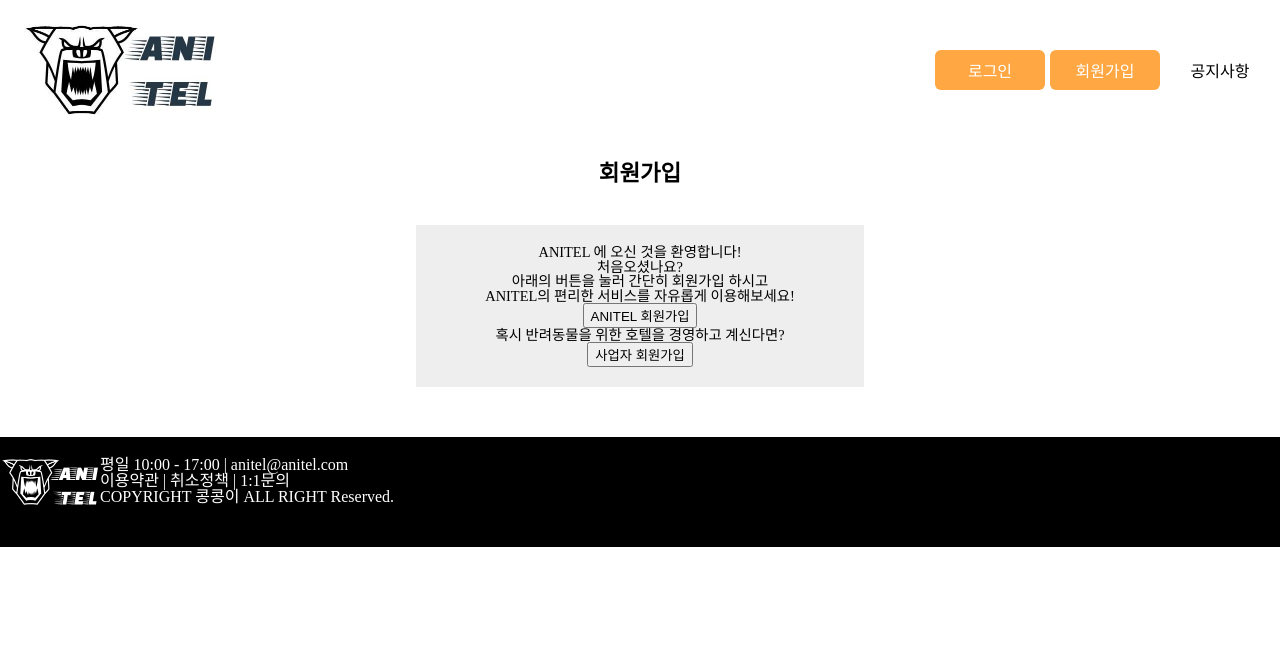
Repository: bangms/anitel
Page: http://localhost/anitel/anitel/member/signIn.jsp
These files come from the project's save history. The page is drawn as it stood at one moment and after the next save; the edit follows.
The browser window is 1280 px wide. The pictures show the whole page.
The page is served by Tomcat 9. Other server files are loaded and not shown.

Above is the page before, as saved 2021-06-30 16:05:38.

### workspace/anitel/WebContent/anitel/member/signIn.jsp
<%@ page language="java" contentType="text/html; charset=UTF-8"
    pageEncoding="UTF-8"%>
<!DOCTYPE html>
<html>
<head>
	<meta charset="UTF-8">
	<title>Insert title here</title>
	<link rel="stylesheet" href="style/style.css">
	<link rel="stylesheet" href="style/reset.css">
</head>
<body>
<div id="container">
	<div id="header">
		<div id="logo">
			<img src="imgs/logo.jpg" width="200px" height="100px">
		</div>
		<div id="button">
			<button id="notice">공지사항</button>
			<button id="signin">회원가입</button>
			<button id="login">로그인</button>
		</div>
	</div>
	<div id="signup_wrap">
    <h1 align="center">회원가입</h1>
		<div class="box_wrap">
			<p class="txt1"> ANITEL 에 오신 것을 환영합니다! </p>
			<p class="txt2"> 처음오셨나요?<br />
			아래의 버튼을 눌러 간단히 회원가입 하시고 <br />
			ANITEL의 편리한 서비스를 자유롭게 이용해보세요!
			</p>
			<button class="btn_user_signup" onclick="window.location='signInUserForm.jsp'">ANITEL 회원가입</button>
			<p> 혹시 반려동물을 위한 호텔을 경영하고 계신다면?</p>
			<button class="btn_mem_signup" onclick="window.location='signInMemberForm.jsp'">사업자 회원가입</button>
		</div>
   </div>

  <!-- 여기서부터 푸터입니다. 일단  DON't Touch !!!!!  -->
		<div id="footer">
			 <img src="imgs/logo2.png" width=100px; height=50px;>
			 <p> 평일 10:00 - 17:00 | anitel@anitel.com <br/>
			 이용약관 | 취소정책 | 1:1문의 <br/>
				COPYRIGHT 콩콩이 ALL RIGHT Reserved.</p>
			</div>
  </div>
</body>
</html>

### workspace/anitel/WebContent/anitel/member/style/style.css
 /* 공통 */
 html, body {
 	height: 100%;
 	width: 100%;
 }

#container {
  width: 100%;
}

#header {
	width: 100%;
  height: 140px;
	top:0;
	left: 0;
	background-color:white;
	display:inline-block;
}

#logo {
	width: 300px;
	height:100px;
	padding: 20px;
	float:left;
}

#button {
	height:140px;
	float:right;
}

#button > button {
	margin-top: 50px;
	border: none;
	border-radius: 6px;
 	width: 110px;
 	height:40px;
 	font-size: 16px;
 	cursor: pointer;
	color:white;
	float : right;
	margin-right: 5px;
	background-color:#FFA742;
}


#button button#notice{
	background-color: #fff;
	color:black;
}

#button button:hover{
	background-color:#FF822B !important;
	color:#fff !important;
}

#footer {
	height:70px;
	width:100%;
	background-color:black;
	color:white;
	padding: 20px 0;
	margin-top: 50px;
}

/* + 추가로 footer 글부분 수정 필요함 */

    p{
    	margin-top:10px;
    	font-size: 13px;
    	margin-left : 200px;

    }
    img {
    	float:left;
    	padding: 20px;
    	margin-top:-15px;
    	margin-left:40px;
    }


/* 회원가입 선택 */
#signup_wrap {
	width: 35%;
	margin: 0 auto;
}

#signup_wrap h1 {
	font-size: 1.4em;
	font-weight: bold;
	padding: 20px 0;
}

.box_wrap {
	background-color: #eee;
	margin-top: 20px;
	padding: 20px;
	font-size: 0.9em;
	text-align: center;
}

/* 사업자 회원가입 form */

.hidden {
	display:none;
}

.show {
	display:block;
}


/* 로그인 form */
.login_wrap {
width : 500px;
margin: 0 auto;
margin-bottom: 30px;
background-color: #fff;
}

.sel_wrap {
width: 100%;
height: 85px;
background: #999;
margin-bottom: 50px;
}

.login {
height: 70px;
float: left;
margin-top: 15px;
cursor: pointer;
color: black;
font-size:18px;
line-height: 70px;
}

.memberLogin {
width: 50%;
background: #999;
}

.userLogin {
width: 50%;
background: white;
}


.input {
width: 80%;
border: 1px solid gray;
padding: 10px 0;
border-radius: 10px;
margin-bottom: 10px;
}

.input_wrap {
margin-top: 10px;
}
.input_wrap > input {
background-color: transparent;
}

.btn_wrap {
width: 80%;
margin: 20px auto;
color: black;
}

.btn_wrap button {
width: 100%;
margin: 0 auto;
padding: 10px 0;
border-radius: 10px;
height: 40px;
margin-bottom: 10px;
cursor: pointer;
border: 0;
color:black;
}

button.btn_login {
  background-color: #555;
  color:white;
}

.btn_wrap > label {
  display: inline-flex;
}

Loaded but not shown: workspace/anitel/WebContent/anitel/member/style/reset.css (common file)

After the next save:
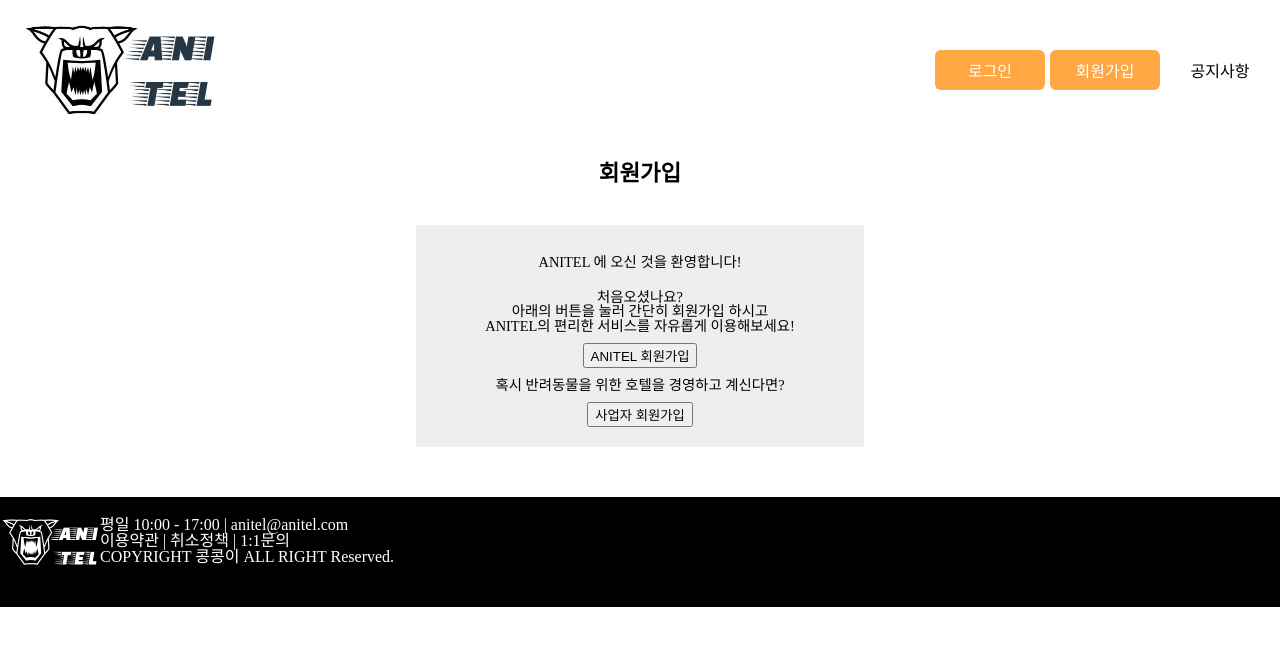
Saved 39 s later.
--- a/workspace/anitel/WebContent/anitel/member/style/style.css
+++ b/workspace/anitel/WebContent/anitel/member/style/style.css
@@ -98,6 +98,11 @@
 	font-size: 0.9em;
 	text-align: center;
 }
+.box_wrap p {
+	padding: 10px 0;
+}
+
+
 
 /* 사업자 회원가입 form */
 
